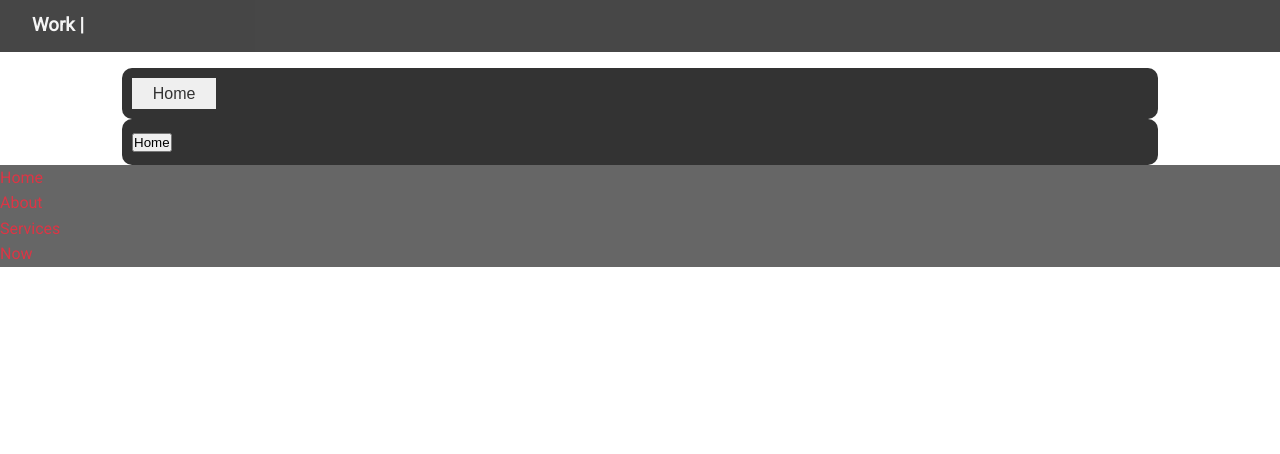
Repository: mxhdiqaim/lenviteck
Page: dist/index.html
The author's editor kept a copy of each file at every save. The page is drawn from the files as they stood at one save, then again after the next save.
The browser window is 1280 px wide. The pictures show the whole page.
The first visible `.works-list button` has the focus.
Some web libraries are served in a nearby version. The style sheet was rebuilt from its Sass, Less or Tailwind sources for each picture, by a compiler version that may differ from the author's.

Above is the page before, as saved 2021-04-11 22:51:47.

After the next save:
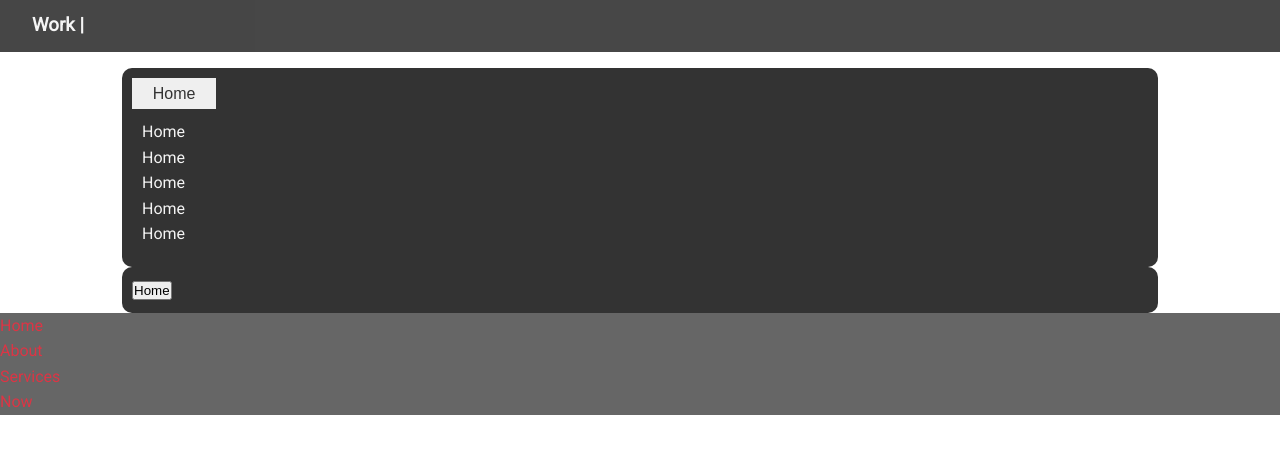
Saved 10 s later.
--- a/dist/styles/main.scss
+++ b/dist/styles/main.scss
@@ -62,8 +62,8 @@ img {
 }
 
 .works-list button:focus + ul {
-  // display: block;
-  opacity: 1;
+  display: block;
+  // opacity: 1;
 
 }
 
